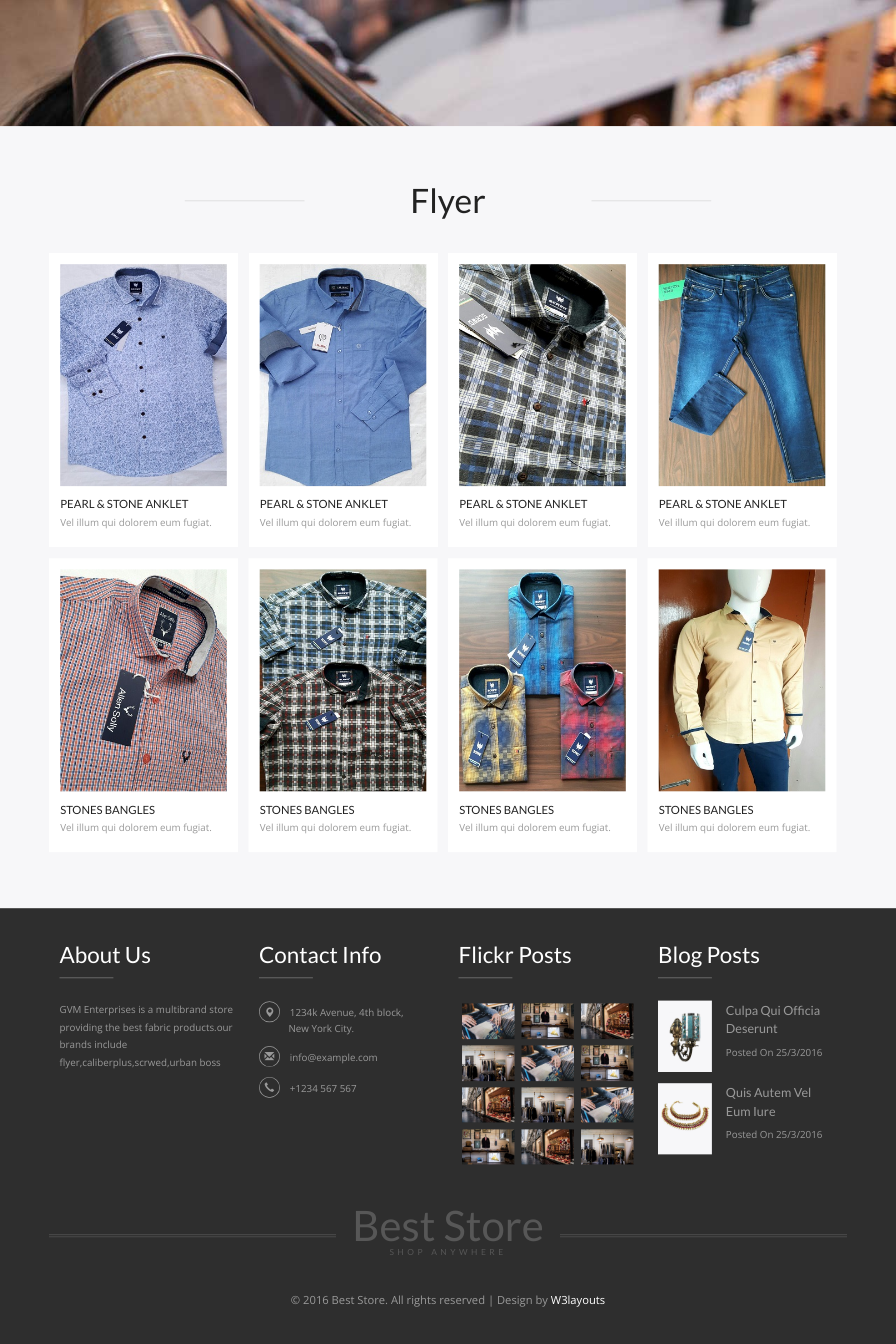
Repository: vinodmealla/flyerworkspace
Page: com.gvm.websample1/src/main/webapp/WEB-INF/index.html
The author's editor kept a copy of each file at every save. The page is drawn from the files as they stood at one save, then again after the next save.
The browser window is 1280 px wide. The pictures show the part of the page from y = 659 to 2579 px (the page is 2579 px tall), at 70% of full size.

Above is the page before, as saved 2017-10-03 10:13:54.
Console error: SyntaxError: Unexpected token '('

After the next save:
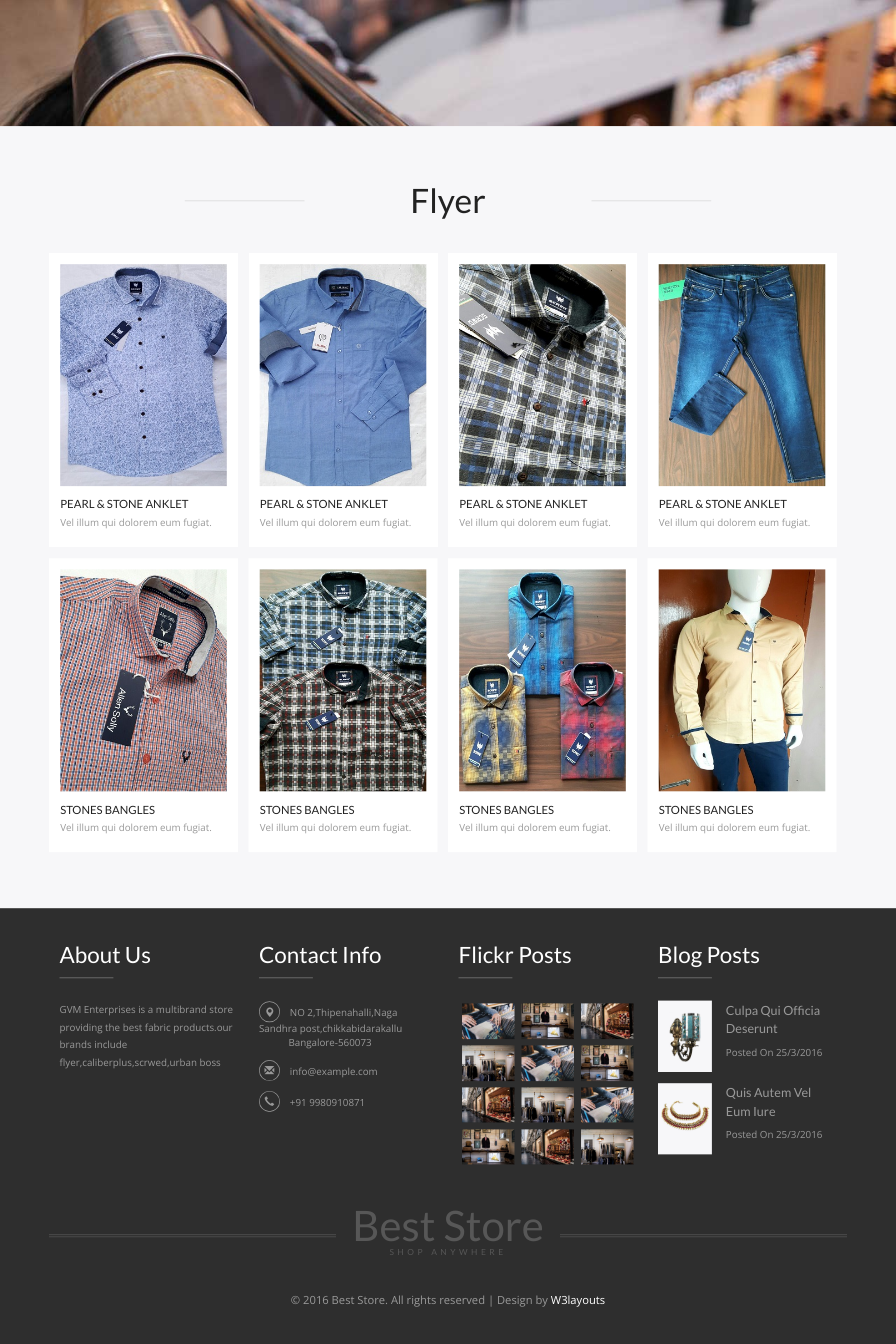
Saved 2 min 4 s later.
--- a/com.gvm.websample1/src/main/webapp/WEB-INF/index.html
+++ b/com.gvm.websample1/src/main/webapp/WEB-INF/index.html
@@ -535,9 +535,9 @@
 				<div class="col-md-3 footer-grid animated wow slideInLeft" data-wow-delay=".6s">
 					<h3>Contact Info</h3>
 					<ul>
-						<li><i class="glyphicon glyphicon-map-marker" aria-hidden="true"></i>1234k Avenue, 4th block, <span>New York City.</span></li>
+						<li><i class="glyphicon glyphicon-map-marker" aria-hidden="true"></i>NO 2,Thipenahalli,Naga Sandhra post,chikkabidarakallu <span>Bangalore-560073</span></li>
 						<li><i class="glyphicon glyphicon-envelope" aria-hidden="true"></i><a href="mailto:info@example.com">info@example.com</a></li>
-						<li><i class="glyphicon glyphicon-earphone" aria-hidden="true"></i>+1234 567 567</li>
+						<li><i class="glyphicon glyphicon-earphone" aria-hidden="true"></i>+91 9980910871</li>
 					</ul>
 				</div>
 				<div class="col-md-3 footer-grid animated wow slideInLeft" data-wow-delay=".7s">
